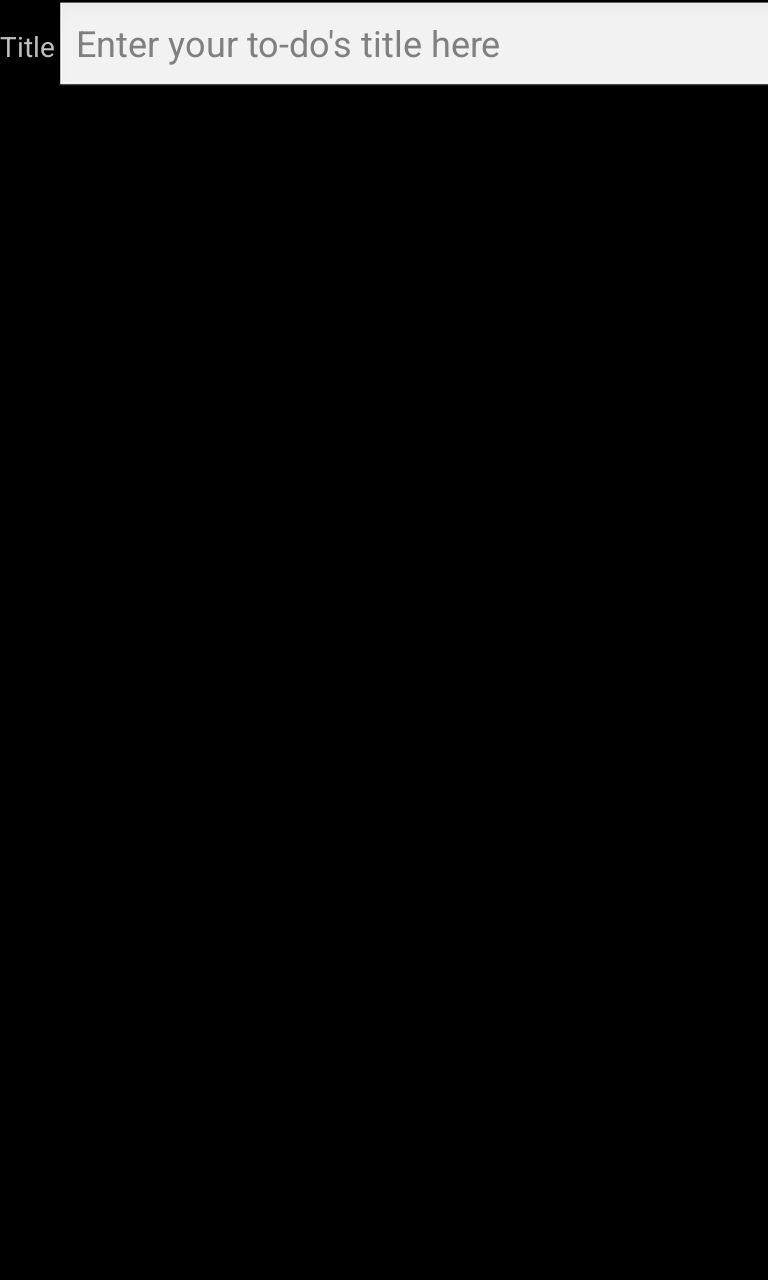
Repository: hilfialkaff/todo
Layout: ToDo_Replica/res/layout/add.xml
An editor plug-in stored every save of this project. The layout is shown before and after the next save, followed by the edit.
It is drawn on a 768 x 1280 px phone screen (xhdpi) without system bars, with theme CustomTheme; the app's code is not run.

Above is the layout before, as saved 2011-03-18 00:59:26.

### ToDo_Replica/res/layout/add.xml
<?xml version="1.0" encoding="utf-8"?>
<LinearLayout xmlns:android="http://schemas.android.com/apk/res/android"
    android:layout_width="fill_parent"
    android:layout_height="fill_parent">
<TableLayout
	android:id="@+id/tl_add"
	android:layout_width="fill_parent"
	android:layout_height="wrap_content"
	android:stretchColumns="0">
	<TableRow
		android:id="@+id/tr_title"
		android:layout_width="fill_parent"
		android:layout_height="wrap_content">
		<TextView
			android:id="@+id/tv_title"
			android:layout_width="wrap_content"
			android:layout_height="wrap_content"
			android:text="Title">
		</TextView>
		<EditText
			android:id="@+id/et_title"
			android:layout_width="3500px"
			android:layout_height="wrap_content"
			android:hint="Enter your to-do's title here">
	</EditText>
</TableRow>
</TableLayout>

<TableLayout
	android:id="@+id/tl_info"
	android:layout_width="fill_parent"
	android:layout_height="wrap_content"
	android:stretchColumns="0">

<TableLayout
	android:id="@+id/Line01"
	android:layout_width="fill_parent"
	android:layout_height="1dip"
	android:background="#FFFFFFFF">
</TableLayout>

<TableLayout
	android:id="@+id/Line02"
	android:layout_width="fill_parent"
	android:layout_height="1dip"
	android:background="#00000000">
</TableLayout>

<TableRow
	android:id="@+id/todo"
	android:layout_width="wrap_content"
	android:layout_height="wrap_content">
	<TextView
		android:layout_width="fill_parent"
		android:layout_height="wrap_content"
		android:text="ToDo	: ">
	</TextView>
	<EditText
		android:id="@+id/et_todo"
		android:layout_width="wrap_content"
		android:layout_height="wrap_content"
		android:text="">
	</EditText>
</TableRow>

<TableRow
	android:id="@+id/tags"
	android:layout_width="wrap_content"
	android:layout_height="wrap_content">
	<TextView
		android:layout_width="fill_parent"
		android:layout_height="wrap_content"
		android:text="Tags	: ">
	</TextView>
	<EditText
		android:id="@+id/et_tags"
		android:layout_width="wrap_content"
		android:layout_height="wrap_content"
		android:text="">
	</EditText>
</TableRow>

<TableRow
	android:id="@+id/notes"
	android:layout_width="wrap_content"
	android:layout_height="wrap_content">
	<TextView
		android:layout_width="fill_parent"
		android:layout_height="wrap_content"
		android:text="Notes	: ">
	</TextView>
	<EditText
		android:id="@+id/et_notes"
		android:layout_width="wrap_content"
		android:layout_height="wrap_content">
	</EditText>
</TableRow>

</TableLayout>

<TableLayout
	android:id="@+id/tl_button"
	android:layout_width="fill_parent"
	android:layout_height="wrap_content">
	<Button
		android:id="@+id/b_save"
		android:layout_width="wrap_content"
		android:layout_height="wrap_content"
		android:text="Save">
	</Button>
</TableLayout>
</LinearLayout>

### ToDo_Replica/res/values/custom_style.xml
<?xml version="1.0" encoding="UTF-8"?>
<resources>
    <style name="CustomWindowTitleBackground" parent="android:WindowTitleBackground">
        <item name="android:background">@android:color/transparent</item>
    </style>
    <style name="CustomTheme" parent="android:Theme">
        <item name="android:windowTitleSize">50px</item>
        <item name="android:windowTitleBackgroundStyle">@style/CustomWindowTitleBackground</item>
    </style>
</resources>

After the next save:
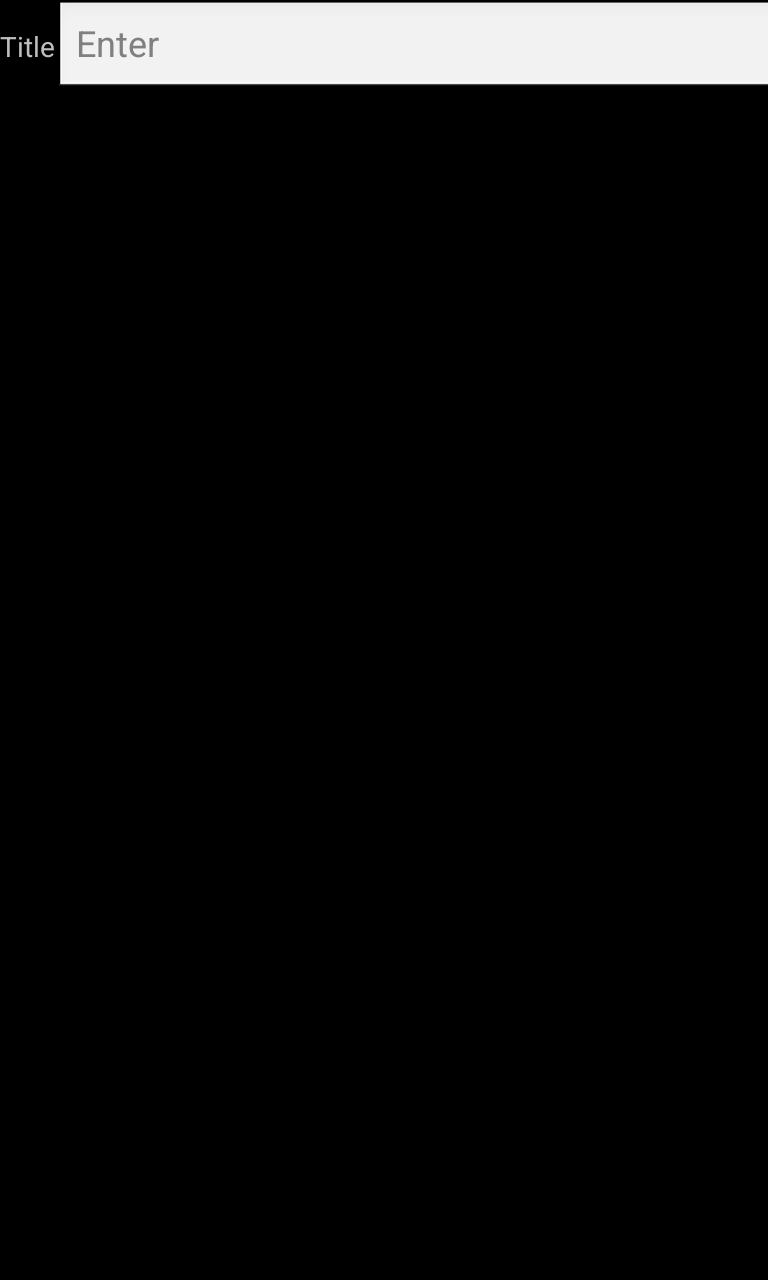
Saved 29 s later.
--- a/ToDo_Replica/res/layout/add.xml
+++ b/ToDo_Replica/res/layout/add.xml
@@ -21,7 +21,7 @@
 			android:id="@+id/et_title"
 			android:layout_width="3500px"
 			android:layout_height="wrap_content"
-			android:hint="Enter your to-do's title here">
+			android:hint="Enter">
 	</EditText>
 </TableRow>
 </TableLayout>
